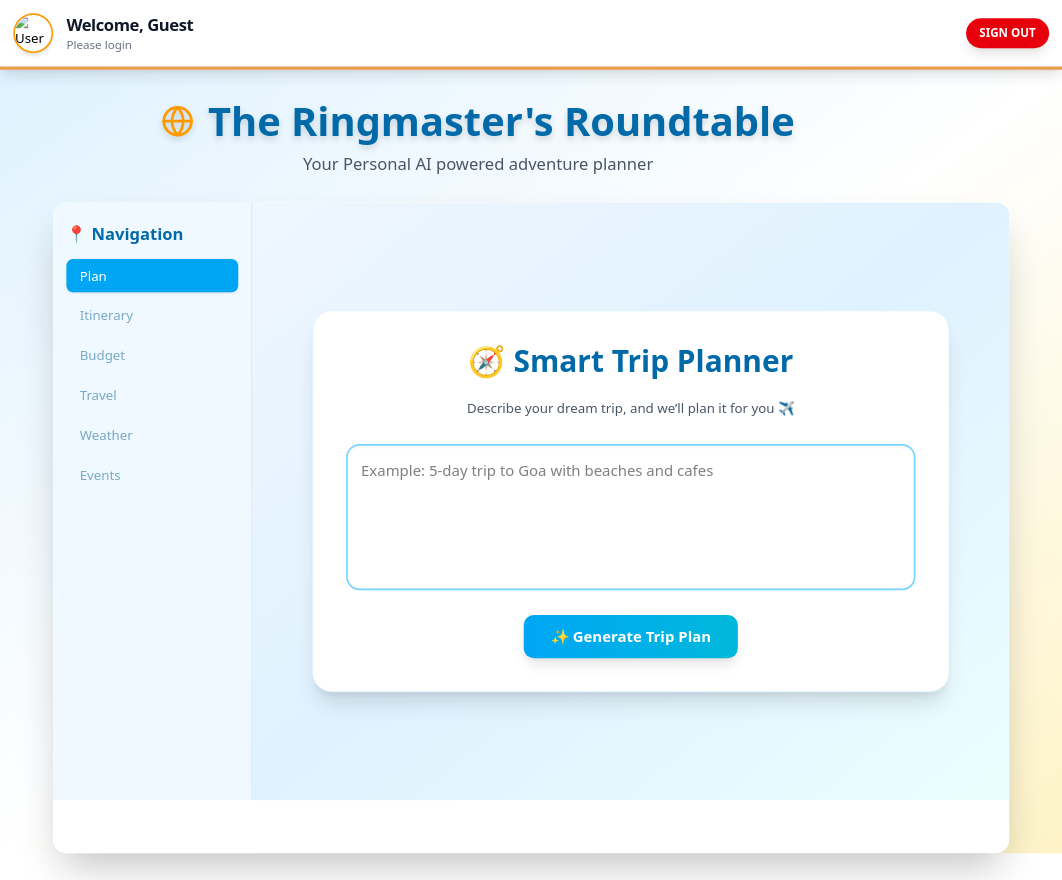
Repository: vega2006/The-Ringmaster-s-Roundtable
Page: /prompt (app in client/)
An editor plug-in stored every save of this project. The page is shown before and after the next save, followed by the edit.
The browser window is 1280 px wide. The pictures show the whole page, at 83% of full size.
The page's requests for data from a server got no answer. The project was rebuilt for these pictures with package versions that can differ from the ones it lists, and the page was loaded fresh each time. No one was signed in, and anything a server would have sent is missing. Also part of the build but not shown: client/vite.config.js, client/src/components/GoogleLogin.jsx, client/src/components/NotFound.jsx, client/src/components/WeatherContent.jsx, client/src/components/TravelContent.jsx, client/src/components/ItineraryContent.jsx, client/src/components/BudgetContent.jsx, client/src/components/EventsContent.jsx and 2 more.

Above is the page before, as saved 2025-10-08 23:33:07.

After the next save:
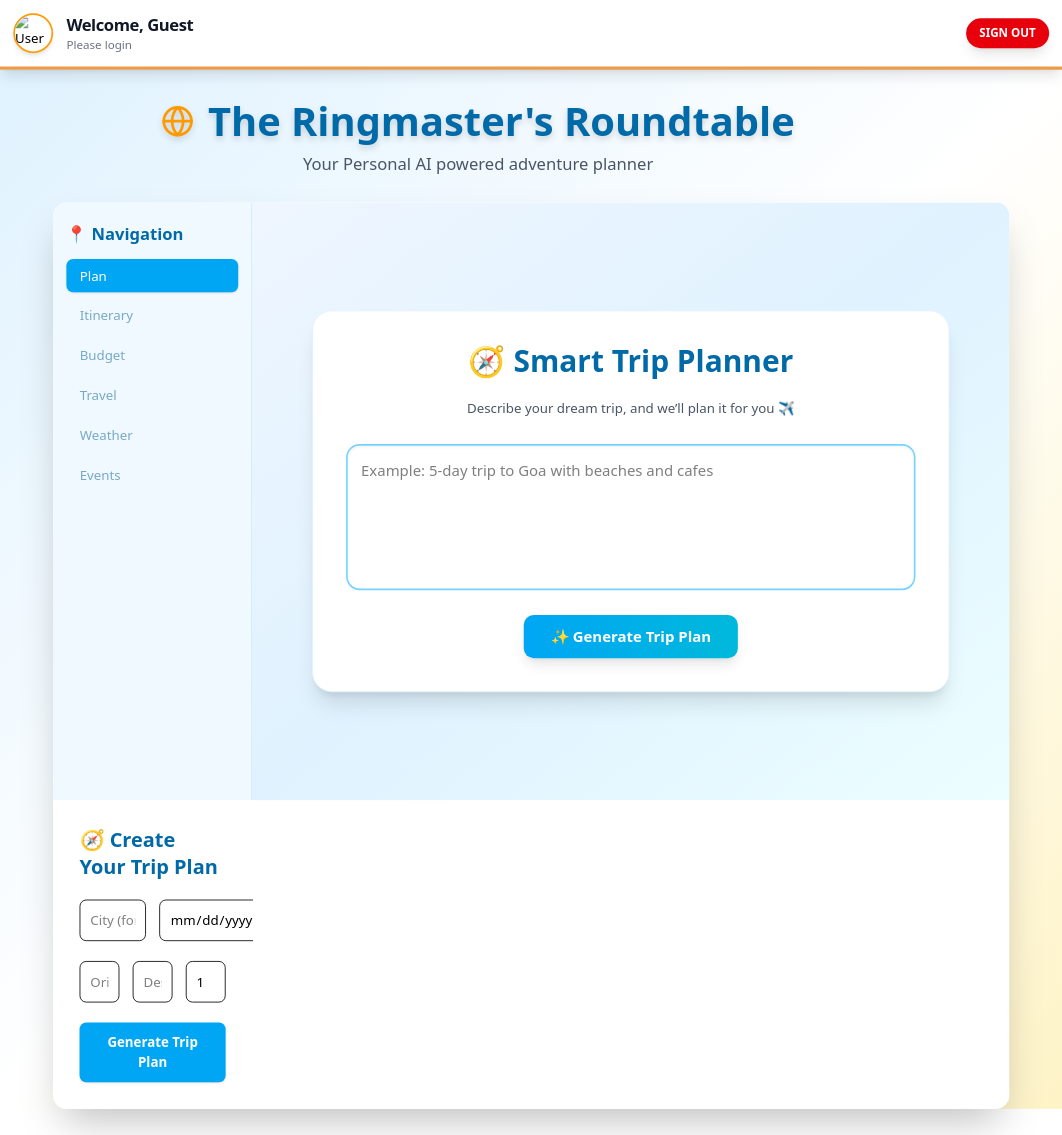
Saved 8 s later.
--- a/client/src/pages/AIDashboard.jsx
+++ b/client/src/pages/AIDashboard.jsx
@@ -68,6 +68,8 @@ const AIDashboard = () => {
 
            <PlanByPrompt/>
             <MainContent>
+
+                         <ContentRouter />
                        </MainContent>
           </div>
         </div>
